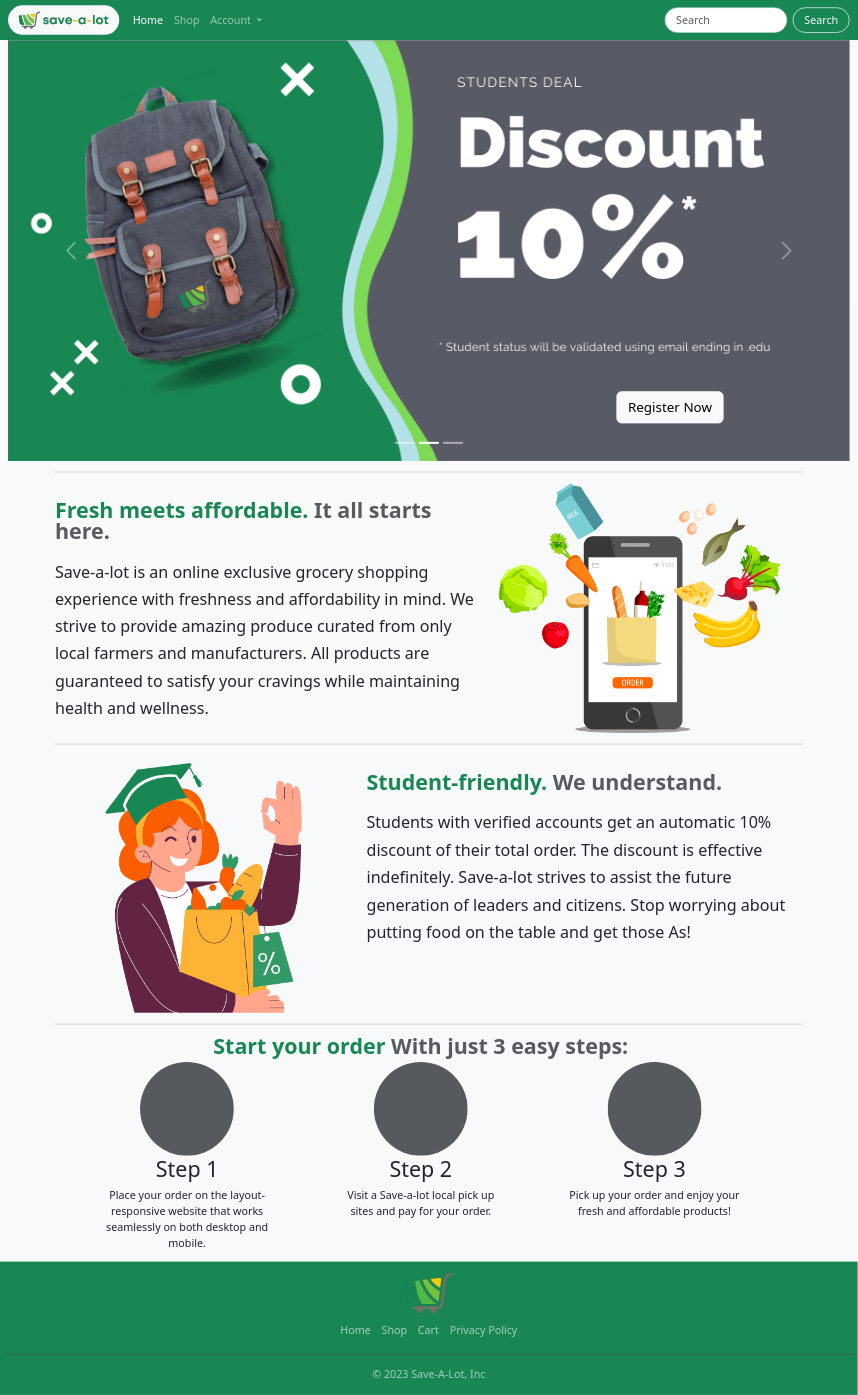
Repository: bill071194/savealot
Page: http://localhost/index
The author's editor kept a record of every edit. The page is drawn from the files as they stood at one moment, then again after the next edit.
The browser window is 1280 px wide. The pictures show the whole page, at 67% of full size.
The page is served by the project's Laravel application, run on PHP 8.4 with Laravel 10. The database holds what the project's SQL file puts in it.

Above is the page before.

After the next edit:
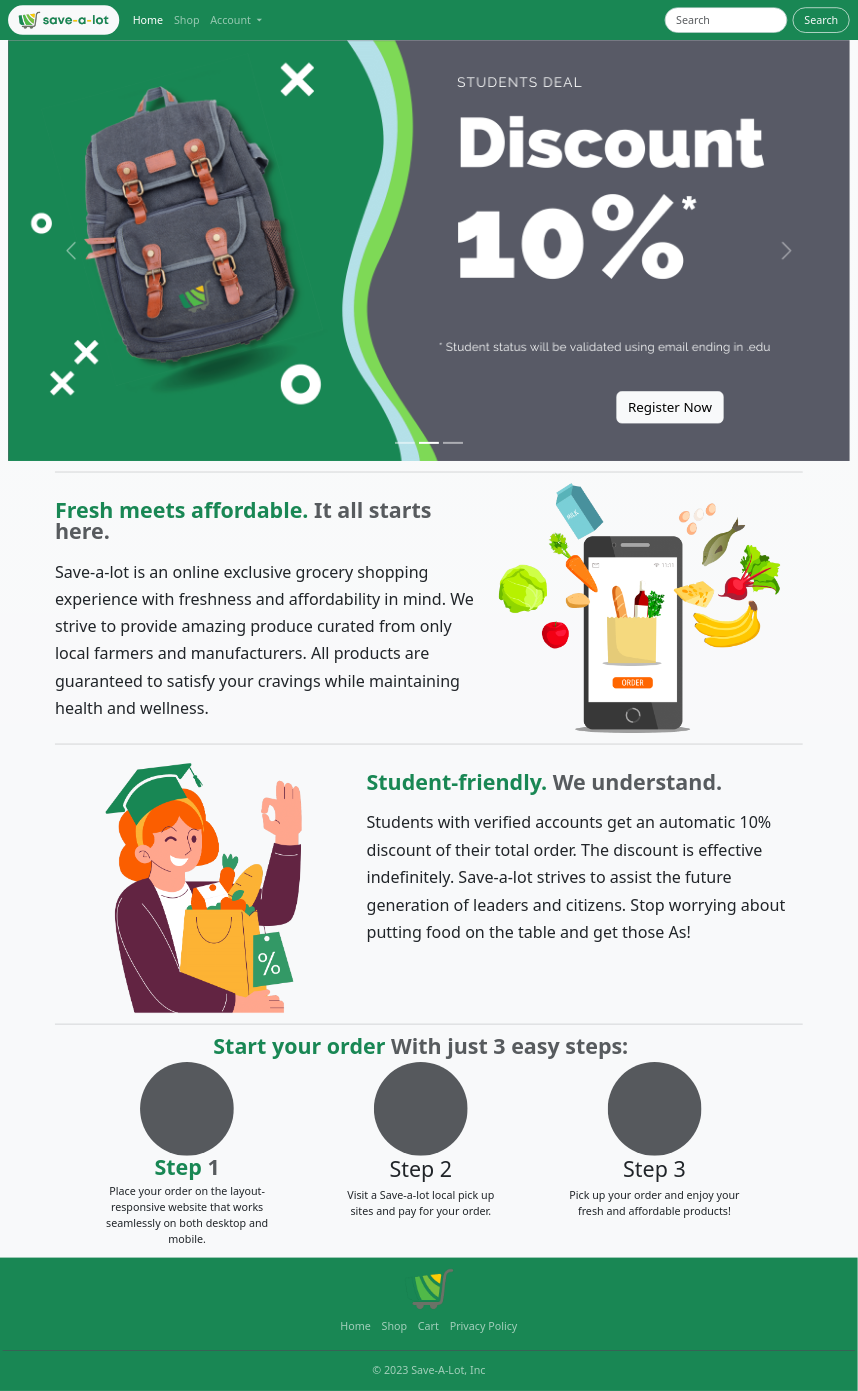
The edit:
--- a/savealot/resources/views/index.blade.php
+++ b/savealot/resources/views/index.blade.php
@@ -85,7 +85,7 @@
       <h2 class="featurette-heading fw-bold lh-1 text-success text-center">Start your order <span class="text-body-secondary">With just 3 easy steps:</span></h2>
       <div class="col-lg-3 text-center">
         <svg class="bd-placeholder-img rounded-circle" width="140" height="140" xmlns="http://www.w3.org/2000/svg" role="img" aria-label="Placeholder" preserveAspectRatio="xMidYMid slice" focusable="false"><title>Placeholder</title><rect width="100%" height="100%" fill="var(--bs-secondary-color)"></rect></svg>
-        <h2 class="fw-normal">Step 1</h2>
+        <h2 class="featurette-heading fw-bold lh-1 text-success text-center">Step <span class="text-body-secondary">1</span></h2>
         <p>Place your order on the layout-responsive website that works seamlessly on both desktop and mobile.</p>
       </div><!-- /.col-lg-4 -->
       <div class="col-lg-3 text-center">
